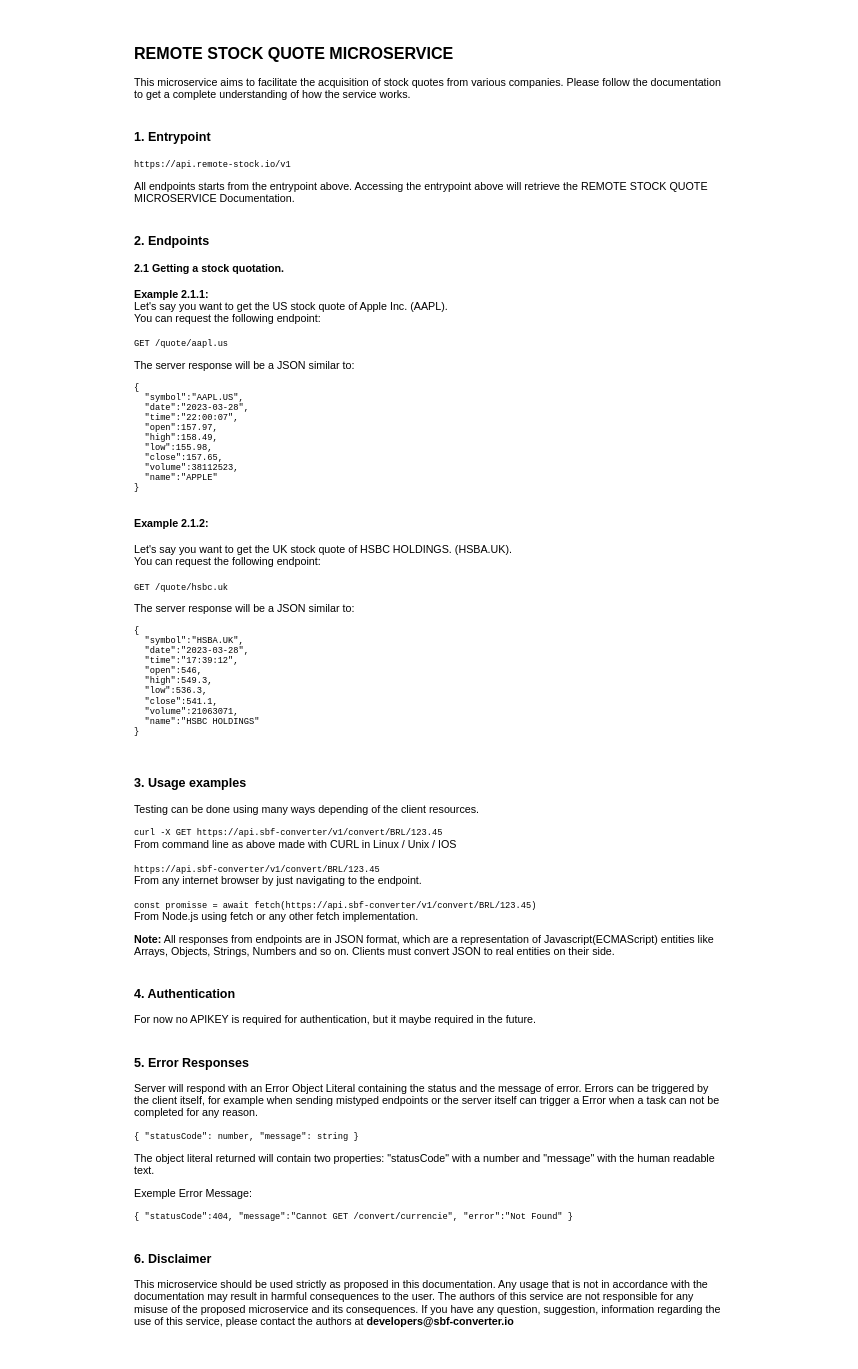
Repository: miguelamello/nest-js
Page: api-service/documentation.html
These files come from the project's save history. The page is drawn as it stood at one moment and after a run of saves; the edit follows.
The browser window is 1280 px wide. The pictures show the whole page, at 67% of full size.

Above is the page before, as saved 2023-03-28 18:28:08.

### api-service/documentation.html
<!DOCTYPE html>
<html lang="en">
<head>
  <meta charset="UTF-8">
  <meta http-equiv="X-UA-Compatible" content="IE=edge">
  <meta name="viewport" content="width=device-width, initial-scale=1.0">
  <title>REMOTE STOCK QUOTE MICROSERVICE</title>
  <style>
    body {
      font-family: Arial, Helvetica, sans-serif;
      padding: 3% 15%;
    }
    h3 {
      margin-top: 5%;
    }
    pre {
      margin: 0;
    }
  </style>
</head>
<body>
  <h2>REMOTE STOCK QUOTE MICROSERVICE</h2>
  <p>
    This microservice aims to facilitate the acquisition of stock quotes from various companies.
    Please follow the documentation to get a complete understanding of how the service works.
  </p>

  <h3>1. Entrypoint</h3>
  <code>https://api.remote-stock.io/v1</code>
  <p>
    All endpoints starts from the entrypoint above. Accessing the entrypoint
    above will retrieve the REMOTE STOCK QUOTE MICROSERVICE Documentation.
  </p>

  <h3>2. Endpoints</h3>

  <h4>2.1 Getting a stock quotation.</h4>

  <p>
    <div><b>Example 2.1.1:</b></div>
    <div>Let's say you want to get the US stock quote of Apple Inc. (AAPL).</div>
    <div>You can request the following endpoint:</div><br>
    <code>GET /quote/aapl.us</code>

    <p>The server response will be a JSON similar to:</p>

    <pre>
{
  "symbol":"AAPL.US",
  "date":"2023-03-28",
  "time":"22:00:07",
  "open":157.97,
  "high":158.49,
  "low":155.98,
  "close":157.65,
  "volume":38112523,
  "name":"APPLE"
}
    </pre>
  </p>
  <p>
    <h4>Example 2.1.2:</h4>
    <div>Let's say you want to get the UK stock quote of HSBC HOLDINGS. (HSBA.UK).</div>
    <div>You can request the following endpoint:</div><br>
    <code>GET /quote/hsbc.uk</code>

    <p>The server response will be a JSON similar to:</p>

    <pre>
{
  "symbol":"HSBA.UK",
  "date":"2023-03-28",
  "time":"17:39:12",
  "open":546,
  "high":549.3,
  "low":536.3,
  "close":541.1,
  "volume":21063071,
  "name":"HSBC HOLDINGS"
}
    </pre>
  </p>

  <h3>3. Usage examples</h3>

  <p>Testing can be done using many ways depending of the client resources.</p>

  <code>curl -X GET https://api.sbf-converter/v1/convert/BRL/123.45</code>
  <div>From command line as above made with CURL in Linux / Unix / IOS</div>
  <br>
  <code>https://api.sbf-converter/v1/convert/BRL/123.45</code>
  <div>From any internet browser by just navigating to the endpoint.</div>
  <br>
  <code>const promisse = await fetch(https://api.sbf-converter/v1/convert/BRL/123.45)</code>
  <div>From Node.js using fetch or any other fetch implementation.</div>

  <p>
    <b>Note:</b> All responses from endpoints are in JSON format, which are a
    representation of Javascript(ECMAScript) entities like Arrays, Objects,
    Strings, Numbers and so on. Clients must convert JSON to real entities
    on their side.
  </p>

  <h3>4. Authentication</h3>
  <p>For now no APIKEY is required for authentication, but it maybe required in the future.</p>

  <h3>5. Error Responses</h3>

  <p>
    Server will respond with an Error Object Literal containing
    the status and the message of error. Errors can be triggered
    by the client itself, for example when sending mistyped endpoints
    or the server itself can trigger a Error when a
    task can not be completed for any reason.
  </p>

  <p>
    <code>{ "statusCode": number, "message": string }</code><br>
    <div>
      The object literal returned will contain two properties:
      "statusCode" with a number and "message" with the human readable text.
    </div>
  </p>

  <p>Exemple Error Message:</p>
  <p>
    <code>
      { "statusCode":404, "message":"Cannot GET /convert/currencie", "error":"Not Found" }
    </code>
  </p>

  <h3>6. Disclaimer</h3>
  <p>
    This microservice should be used strictly as proposed in this documentation.
    Any usage that is not in accordance with the documentation may result in harmful
    consequences to the user. The authors of this service are not responsible for
    any misuse of the proposed microservice and its consequences. If you have any question,
    suggestion, information regarding the use of this service, please contact
    the authors at <b>developers@sbf-converter.io</b>
  </p>

</body>
</html>

After the next 2 saves:
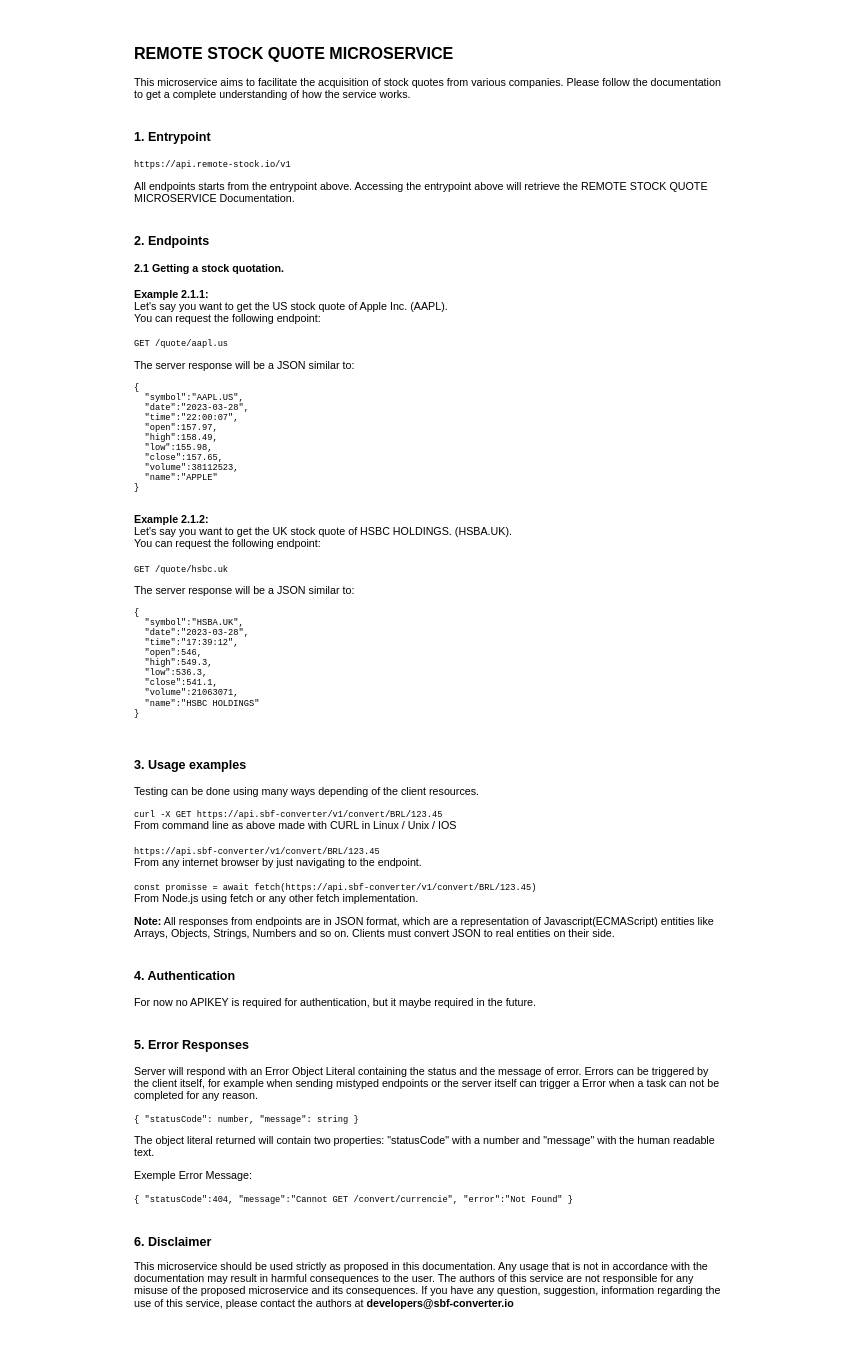
The 2 saves are shown as one change because they came seconds apart.
The last was saved 22 s later.
--- a/api-service/documentation.html
+++ b/api-service/documentation.html
@@ -59,7 +59,7 @@
     </pre>
   </p>
   <p>
-    <h4>Example 2.1.2:</h4>
+    <div><b>Example 2.1.2:</b></div>
     <div>Let's say you want to get the UK stock quote of HSBC HOLDINGS. (HSBA.UK).</div>
     <div>You can request the following endpoint:</div><br>
     <code>GET /quote/hsbc.uk</code>
